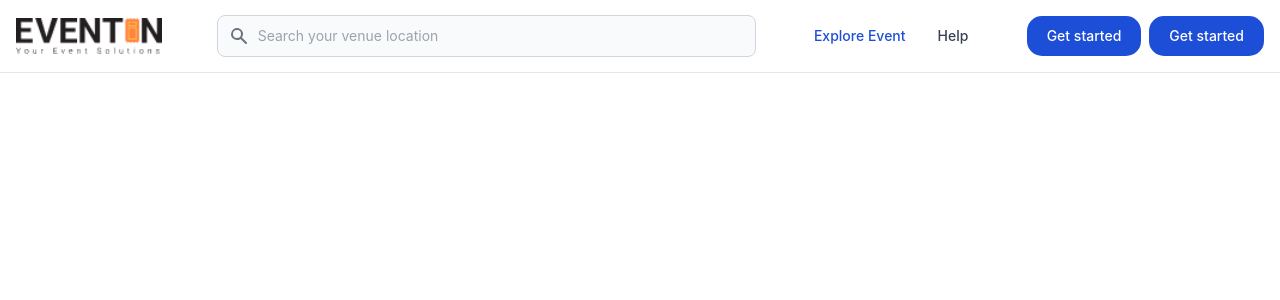
Repository: farrelmuhammad/eventon-indobild
Page: /
An editor plug-in stored every save of this project. The page is shown before and after the next save, followed by the edit.
The browser window is 1280 px wide. The pictures show the whole page.
The project was rebuilt for these pictures with package versions that can differ from the ones it lists, and the page was loaded fresh each time. Also part of the build but not shown: src/App.css.

Above is the page before, as saved 2023-02-07 15:46:06.

After the next save:
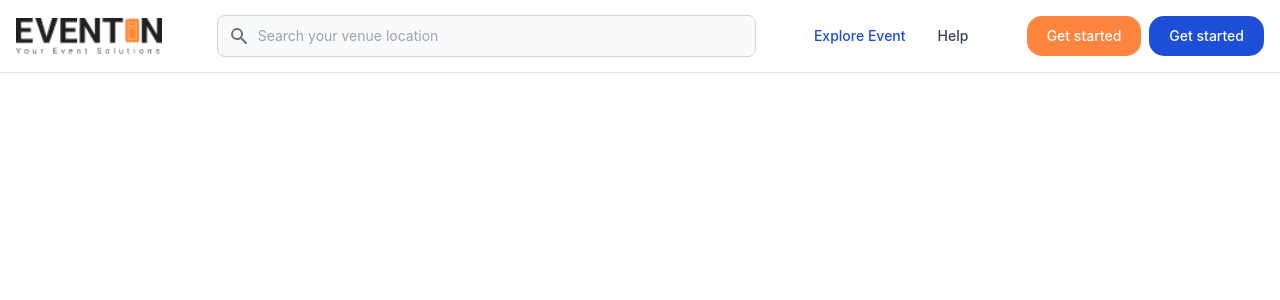
Saved 21 s later.
--- a/src/components/Navbar.jsx
+++ b/src/components/Navbar.jsx
@@ -25,7 +25,7 @@ const Navbar = () => {
                 </form>
 
                 <div class="flex md:order-2 gap-2">
-                    <button type="button" class="text-white bg-blue-700 hover:bg-blue-800 focus:ring-4 focus:outline-none focus:ring-blue-300 font-medium rounded-[15px] text-sm px-5 py-2.5 text-center mr-3 md:mr-0">Get started</button>
+                    <button type="button" class="text-white bg-[#FF843E] hover:bg-blue-800 focus:ring-4 focus:outline-none focus:ring-blue-300 font-medium rounded-[15px] text-sm px-5 py-2.5 text-center mr-3 md:mr-0">Get started</button>
                     <button type="button" class="text-white bg-blue-700 hover:bg-blue-800 focus:ring-4 focus:outline-none focus:ring-blue-300 font-medium rounded-[15px] text-sm px-5 py-2.5 text-center mr-3 md:mr-0">Get started</button>
                 </div>
                 <div class="items-center justify-between hidden w-full md:flex md:w-auto md:order-1" id="navbar-sticky">
